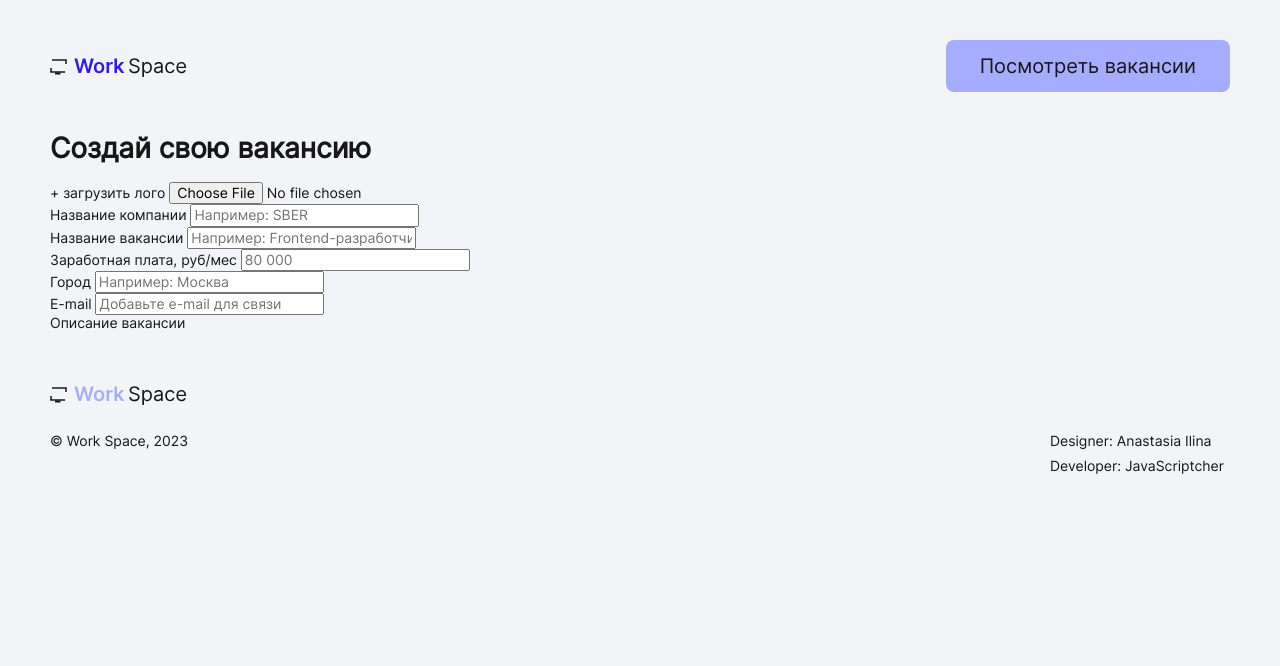
Repository: alexboagreek/workspace_js
Page: employer.html
The author's editor kept a copy of each file at every save. The page is drawn from the files as they stood at one save, then again after the next save.
The browser window is 1280 px wide. The pictures show the whole page.

Above is the page before, as saved 2023-09-12 12:07:04.
Console error: TypeError: Cannot read properties of null (reading 'addEventListener')

### employer.html
<!DOCTYPE html>
<html lang="ru">
  <head>
    <meta charset="UTF-8" />
    <meta name="viewport" content="width=device-width, initial-scale=1.0" />
    <title>Workspace - добавить вакансию</title>

    <link rel="stylesheet" href="index.css" />

    <script src="js/choices.min.js" defer></script>
    <script src="js/script.js" defer></script>
  </head>

  <body>
    <header class="header">
      <div class="container header__container">
        <img class="header__logo" src="img/logo.svg" alt="Логитип WorkSpace" />

        <a class="header__link" href="#vacancies">Посмотреть вакансии</a>
      </div>
    </header>

    <main>
      <section class="employer">
        <div class="container">
          <h1 class="employer__title">Создай свою вакансию</h1>

          <form class="employer__form">
            <div class="employer__file file">
              <div class="file__wrap-preview">
                <img src="#" alt="" class="file__preview" />
              </div>

              <div class="file__wrap-btn">
                <label for="logo" class="file__label"> + загрузить лого </label>
                <input
                  name="logo"
                  type="file"
                  class="file__input"
                  id="logo"
                  accept="image/png, image/jpeg"
                />
              </div>

              <fieldset class="employer__fildset">
                <div class="employer__wrap-input">
                  <label class="employer__label" for="company">Название компании</label>

                  <input
                    type="text"
                    class="employer__input"
                    id="company"
                    name="company"
                    placeholder="Например: SBER"
                  />
                </div>
              </fieldset>

              <fieldset class="employer__fieldset-input">
                <div class="employer__wrap-input">
                  <label class="employer__label" for="title">Название вакансии</label>

                  <input
                    type="text"
                    class="employer__input"
                    id="title"
                    name="title"
                    placeholder="Например: Frontend-разработчик"
                  />
                </div>
              </fieldset>

              <fieldset class="employer__fildset">
                <div class="employer__wrap-input">
                  <label class="employer__label" for="salary">Заработная плата, руб/мес</label>

                  <input
                    type="number"
                    class="employer__input"
                    id="salary"
                    name="salary"
                    placeholder="80 000"
                  />
                </div>
              </fieldset>

              <fieldset class="employer__fildset">
                <div class="employer__wrap-input">
                  <label class="employer__label" for="location">Город</label>

                  <input
                    type="text"
                    class="employer__input"
                    id="location"
                    name="location"
                    placeholder="Например: Москва"
                  />
                </div>
              </fieldset>

              <fieldset class="employer__fildset">
                <div class="employer__wrap-input">
                  <label class="employer__label" for="email">E-mail</label>

                  <input
                    type="email"
                    class="employer__input"
                    id="email"
                    name="email"
                    placeholder="Добавьте e-mail для связи"
                  />
                </div>
              </fieldset>
            </div>

            <fieldset class="employer__fieldset-textarea">
              <label class="employer__label" for="description">Описание вакансии</label>
            </fieldset>
          </form>
        </div>
      </section>
    </main>

    <footer class="footer">
      <div class="container footer__container">
        <img
          class="footer__logo"
          src="img/logo-footer.svg"
          alt="Логотип WorkSpace"
        />

        <p class="footer__copyright">© Work Space, 2023</p>

        <ul class="footer__contacts">
          <li class="footer__contact">
            Designer:
            <a class="footer__link" href="#">Anastasia Ilina</a>
          </li>
          <li class="footer__contact">
            Developer:
            <a class="footer__link" href="#">JavaScriptcher</a>
          </li>
        </ul>
      </div>
    </footer>
  </body>
</html>

### index.css
@import "style/normalize.css";
@import "style/choices.min.css";
@import "style/style.css";
@import "style/header.css";
@import "style/hero.css";
@import "style/vacancies.css";
@import "style/filter.css";
@import "style/choices.css";
@import "style/checkbox.css";
@import "style/cards.css";
@import "style/vacancy.css";
@import "style/footer.css";
@import "style/modal.css";
@import "style/detail.css";

### style/style.css
@font-face {
  font-family: Inter;
  font-weight: 400;
  src: url("../fonts/inter-regular.woff2") format("woff2"),
    url("../fonts/inter-regular.woff") format("woff");
}

html {
  scroll-behavior: smooth;
  position: relative;
  box-sizing: border-box;
}

*,
*:before,
*:after {
  box-sizing: inherit;
}

body {
  min-width: 320px;
  min-height: 100vh;
  font-family: Inter, sans-serif;
  font-size: 14px;
  color: #171717;
  background-color: #f3f4f8;
  line-height: 1.2;
}

img,
svg {
  max-width: 100%;
  max-height: 100%;
  height: auto;
}

button {
  padding: 0;
  border: 0;
  cursor: pointer;
  background-color: transparent;
}

a {
  text-decoration: none;
  color: inherit;
}

ul {
  padding: 0;
  margin: 0;
  list-style: none;
}

h1,
h2,
h3,
p {
  margin: 0;
}

fieldset {
  padding: 0;
  margin: 0;
  border: 0;
}

.visually-hidden {
  position: fixed;
  transform: scale(0);
}

.container {
  --width: 1180px;
  --padding: 30px;
  max-width: calc(var(--width) + var(--padding) * 2);
  margin: 0 auto;
  padding: 0 var(--padding);
}

.blue-text {
  color: #2a18ff;
}

@media (max-width: 1140px) {
  .container {
    --width: 880px;
  }
}

@media (max-width: 940px) {
  .container {
    --width: 680px;
  }
}

@media (max-width: 640px) {
  .container {
    --padding: 15px;
  }
}

### style/header.css
.header {
  padding: 40px 0;
}

.header__container {
  display: flex;
  align-items: center;
  justify-content: space-between;
}

.header__link {
  padding: 12px 32px;
  border-radius: 8px;
  background-color: #a6adff;
  font-size: 20px;
  border: 2px solid transparent;
  transition-property: color, background-color;
  transition-duration: 0.2s;
  transition-timing-function: ease-in-out;
}

.header__link:focus-visible {
  border-color: #4f58be;
}

.header__link:hover {
  color: #fff;
  background-color: #2a18ff;
}

@media (max-width: 1140px) {
  .header {
    padding: 32px 0 40px;
  }
}

@media (max-width: 940px) {
  .header {
    padding: 24px 0 30px;
  }

  .header__link {
    padding: 8px 23px;
    font-size: 14px;
  }
}

@media (max-width: 640px) {
  .header {
    padding: 24px 0 20px;
  }

  .header__link {
    display: none;
  }
}

### style/hero.css
.hero {
  padding: 60px 0 50px;
}

.hero__container {
  position: relative;
  padding-top: 57px;
  padding-bottom: 57px;
}

.hero__container:after {
  content: "";
  position: absolute;
  right: -9px;
  top: 0;
  bottom: 0;
  width: 421px;
  background: url("../img/laptop.png") no-repeat center/contain;
}

.hero__title {
  position: relative;
  z-index: 2;
  max-width: 780px;
  font-size: 90px;
  letter-spacing: 1.8px;
  text-transform: uppercase;
}

@media (max-width: 1140px) {
  .hero {
    padding: 40px 0;
  }

  .hero__container {
    padding-top: 53px;
    padding-bottom: 53px;
  }

  .hero__container:after {
    width: 340px;
  }

  .hero__title {
    max-width: 580px;
    font-size: 64px;
    letter-spacing: 1.28px;
  }
}

@media (max-width: 940px) {
  .hero {
    padding: 30px 0;
  }

  .hero__container {
    padding-top: 40px;
    padding-bottom: 40px;
  }

  .hero__container:after {
    width: 269px;
  }

  .hero__title {
    max-width: 450px;
    font-size: 52px;
    letter-spacing: 1.04px;
  }
}

@media (max-width: 640px) {
  .hero {
    padding-top: 20px;
    padding-bottom: 10px;
  }

  .hero__container {
    padding-top: 0;
    padding-bottom: 234px;
  }

  .hero__title {
    max-width: 290px;
    text-align: center;
    margin: 0 auto;
    font-size: 32px;
  }

  .hero__container:after {
    right: auto;
    top: auto;
    height: 269px;
    left: 50%;
    transform: translateX(-50%);
    background-position: bottom;
  }
}

### style/vacancies.css
.vacancies {
  padding: 50px 0;
}

.vacancies__container {
  display: flex;
  align-items: start;
  gap: 24px 20px;
}

.vacancies__filter-btn {
  display: none;
}

.vacancies__filter {
  flex: 0 0 280px;
}

.vacancies__cards {
  flex-basis: 100%;
}

@media (max-width: 1140px) {
  .vacancies {
    padding: 40px 0;
  }
}

@media (max-width: 940px) {
  .vacancies {
    padding: 30px 0;
  }

  .vacancies__container {
    flex-direction: column;
    row-gap: 0;
  }

  .vacancies__filter-btn {
    display: flex;
    align-items: center;
    margin-bottom: 24px;
    transition-property: margin-bottom, color;
    transition-duration: 0.2s, 0.3s;
    transition-timing-function: ease-in-out;
    transition-delay: 0.2s, 0s;
    color: #2a18ff;
    line-height: 20px;
  }

  .vacancies__filter-btn:hover:not(:focus) {
    color: #a6adff;
  }

  .vacancies__filter-btn-arrow {
    position: relative;
    top: -2px;
    display: block;
    width: 20px;
    height: 20px;
  }

  .vacancies__filter-btn_active {
    margin-bottom: 32px;
    transition-delay: 0s;
  }

  .vacancies__filter-btn_active .vacancies__filter-btn-arrow {
    transform: rotate(180deg);
    top: 2px;
  }

  .vacancies__filter {
    width: 100%;
    flex-basis: auto;
    height: 0;
    overflow: hidden;
    transition: height 0.4s ease-in-out;
  }

  .vacancies__filter_active {
    height: auto;
    margin-bottom: 40px;
  }

  .vacancies__cards {
    width: 100%;
  }
}

@media (max-width: 640px) {
  .vacancies__filter-btn_active {
    margin-bottom: 24px;
  }
}

### style/filter.css
.filter {
  position: relative;
}

.filter__reset {
  position: absolute;
  top: 7px;
  right: 0;
  color: #ccc;
}

.filter__title {
  font-size: 20px;
  font-weight: 400;
  margin-bottom: 32px;
}

.filter__form {
  display: flex;
  flex-direction: column;
  gap: 32px;
}

.filter__fieldset {
  display: flex;
  flex-direction: column;
  align-items: start;
}

.filter__legend {
  margin-bottom: 12px;
}

.filter__select {
  width: 100%;
}

.filter__range {
  display: flex;
  align-items: center;
  justify-content: space-between;
  gap: 10px;
}

.filter__label:not(:last-child) {
  margin-bottom: 8px;
}

.filter__input {
  flex: 1 1 50%;
  width: 100%;
  padding: 0 16px;
  height: 32px;
  border: 0;
}

.filter__input::placeholder {
  color: #ccc;
}

.filter__checkboxes {
  display: flex;
  flex-direction: column;
  gap: 32px;
}

.filter__button {
  padding: 8px 24px;
  border-radius: 4px;
  background-color: #a6adff;
  border: 2px solid transparent;
  transition-property: color, background-color;
  transition-duration: 0.2s;
  transition-timing-function: ease-in-out;
}

.filter__button:focus-visible {
  border-color: #4f58be;
}

.filter__button:hover {
  color: #fff;
  background-color: #2a18ff;
}

@media (max-width: 940px) {
  .filter__title {
    position: fixed;
    transform: scale(0);
  }

  .filter__input {
    max-width: 140px;
  }

  .filter__checkboxes {
    display: grid;
    grid-template-columns: repeat(auto-fit, minmax(180px, 1fr));
    gap: 24px 70px;
  }

  .filter__buttons {
    display: flex;
    gap: 16px;
    align-items: center;
  }

  .filter__reset {
    position: static;
  }
}

### style/choices.css
.choices {
  width: 100%;
}

.choices__inner {
  background-color: #fff;
  padding: 6px 16px;
  min-height: 32px;
  border: 0;
}

.choices__list--single {
  padding: 0;
}

.choices[data-type*="select-one"]::after {
  width: 20px;
  height: 20px;
  background: url("../img/arrow.svg") no-repeat center/contain;
  border: 0;
  top: 6px;
  right: 16px;
  margin-top: 0;
}

.choices[data-type*="select-one"].is-open::after {
  transform: rotate(180deg);
  margin-top: 0;
}

### style/checkbox.css
.checkbox {
  position: relative;
  display: block;
  line-height: 20px;
  padding-left: 28px;
}

.checkbox__input {
  -webkit-appearance: none;
  -moz-appearance: none;
  appearance: none;
  position: absolute;
  width: 20px;
  height: 20px;
  left: 0;
  top: 0;
  bottom: 0;
  background-color: #fff;
  border-radius: 4px;
}

.checkbox__input:after {
  content: "";
  position: absolute;
  inset: 0;
  display: block;
  background: url("../img/check.svg") no-repeat center;
  opacity: 0;
  transition: opacity 0.2s ease-in-out;
}

.checkbox__input:checked:after {
  opacity: 1;
}

.checkbox__input:focus-visible {
  outline: none;
  box-shadow: 0px 2px 10px rgba(0, 0, 0, 0.25);
}

.checkbox__input:hover:not(:disabled) {
  box-shadow: 0px 2px 10px rgba(166, 173, 255, 0.55);
}

.checkbox__input:disabled {
  background-color: #ccc;
}

### style/cards.css
.cards__list {
  display: grid;
  grid-template-columns: repeat(auto-fit, minmax(280px, 1fr));
  gap: 20px;
}

@media (max-width: 940px) {
  .cards__list {
    grid-template-columns: repeat(auto-fit, minmax(220px, 1fr));
    gap: 10px;
  }
}

### style/vacancy.css
.vacancy {
  border-radius: 16px;
  background-color: #fff;
  padding: 16px;
  height: 100%;
  cursor: pointer;
  outline: none;
  border: 2px solid transparent;
}

.vacancy:hover {
  background-color: #f9faff;
}

.vacancy:focus-visible {
  border-color: #a6adff;
}

.vacancy__img {
  max-height: 44px;
  margin-bottom: 12px;
  display: block;
}

.vacancy__company {
  font-size: 20px;
  margin-bottom: 8px;
}

.vacancy__title {
  display: inline-block;
  padding: 3px 5px;
  font-size: 14px;
  font-weight: 400;
  border-radius: 4px;
  background-color: #eaecff;
  margin-bottom: 8px;
}

.vacancy__field {
  color: #ccc;
}

### style/footer.css
.footer {
  padding: 50px 0 40px;
}

.footer__container {
  display: grid;
  gap: 27px;
  grid-template-areas:
    "logo ."
    "copyright contacts";
}

.footer__logo {
  grid-area: logo;
}

.footer__copyright {
  grid-area: copyright;
}

.footer__contacts {
  grid-area: contacts;
  justify-self: end;
  min-width: 180px;
}

.footer__contact {
  margin-bottom: 8px;
}

.footer__contact:last-child {
  margin-bottom: 0;
}

.footer__link:hover {
  color: brown;
}

@media (max-width: 1140px) {
  .footer {
    padding: 40px 0 32px;
  }
}

@media (max-width: 940px) {
  .footer {
    padding: 30px 0 24px;
  }
}

@media (max-width: 640px) {
  .footer {
    padding-top: 20px;
  }

  .footer__container {
    grid-template-areas:
      "logo"
      "copyright"
      "contacts";
  }

  .footer__contacts {
    justify-self: start;
  }
}

### style/modal.css
.modal {
  position: fixed;
  z-index: 10;
  inset: 0;
  background-color: rgba(0, 0, 0, 0.5);
  cursor: pointer;
  padding: 30px;
  overflow-y: auto;
  display: flex;
}

.modal__main {
  position: relative;
  margin: auto;
  cursor: default;
}

.modal__close {
  background-color: transparent;
  border: none;
  cursor: pointer;
  position: absolute;
  top: 12px;
  right: 12px;
  padding: 0;
  line-height: 0;
  outline: 1px solid transparent;
  border-radius: 3px;
}

.modal__close:focus-visible {
  outline-color: gray;
}

@media (max-width: 640px) {
  .modal {
    padding: 30px 15px;
  }
}

### style/detail.css
.detail {
  max-width: 780px;
  border-radius: 16px;
  box-shadow: 0px 10px 50px 0px rgba(4, 0, 49, 0.1);
  background: #fff url("../img/likemen.png") no-repeat bottom right;
  background-size: 150px;
  padding: 36px 36px 80px;
}

.detail__header {
  display: grid;
  grid-template-columns: 101px 1fr;
  gap: 12px 20px;
  margin-bottom: 32px;
}

.detail__logo {
  width: 100%;
  max-height: 101px;
  grid-row: 1 / 3;
  align-self: center;
  justify-self: start;
}

.detail__company {
  font-size: 32px;
  letter-spacing: 0.64px;
  align-self: end;
  justify-self: start;
}

.detail__title {
  font-size: 20px;
  font-weight: 400;
  align-self: start;
  justify-self: start;
  border-radius: 4px;
  background-color: #eaecff;
  padding: 5px 10px;
}

.detail__main {
  display: flex;
  gap: 20px;
  margin-bottom: 32px;
}

.detail__description {
  max-width: 465px;
  line-height: 1.4;
}

.detail__fields {
  display: flex;
  flex-direction: column;
  align-items: start;
  gap: 4px;
}

.detail__field {
  padding: 3px 10px;
  border-radius: 30px;
  background-color: #eaecff;
}

.detail__resume {
  line-height: 1.4;
}

@media (max-width: 940px) {
  .detail {
    max-width: 680px;
    padding: 24px 24px 72px;
  }

  .detail__main {
    gap: 10px;
  }

  .detail__description {
    max-width: 418px;
  }
}

@media (max-width: 640px) {
  .detail {
    padding: 24px 15px;
    background-image: none;
  }

  .detail__header {
    grid-template-columns: 60px 1fr;
    gap: 4px 8px;
    margin-bottom: 24px;
  }

  .detail__company {
    font-size: 20px;
    letter-spacing: 0.4px;
  }

  .detail__title {
    font-size: 12px;
  }

  .detail__main {
    flex-direction: column;
    gap: 24px;
    margin-bottom: 24px;
  }

  .detail__description {
    max-width: 100%;
  }
}

Loaded but not shown: js/choices.min.js (library); style/normalize.css (library); style/choices.min.css (library); js/script.js (300 lines, source omitted)

After the next save:
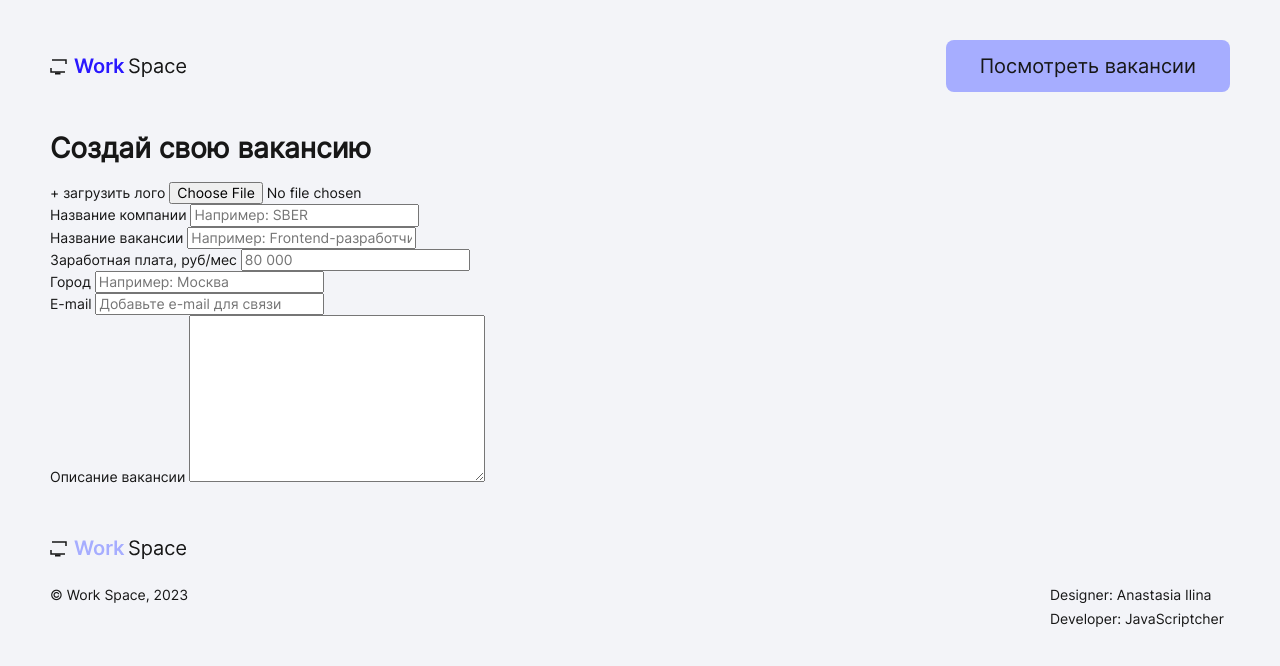
Saved 23 s later.
--- a/employer.html
+++ b/employer.html
@@ -115,6 +115,8 @@
 
             <fieldset class="employer__fieldset-textarea">
               <label class="employer__label" for="description">Описание вакансии</label>
+
+              <textarea name="" id="" cols="30" rows="10"></textarea>
             </fieldset>
           </form>
         </div>
